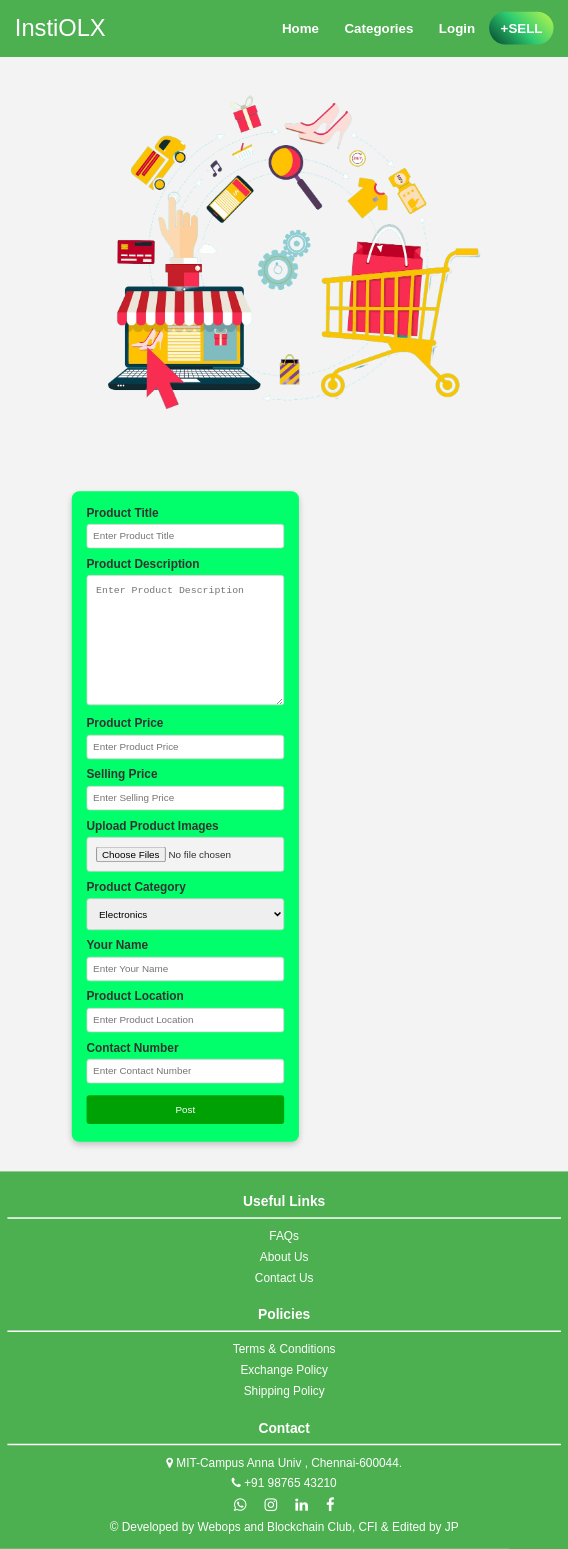
Repository: John-Prabu-A/web-dev-summer-school
Page: Session_1_Assignment/sell.html
The author's editor kept a copy of each file at every save. The page is drawn from the files as they stood at one save, then again after the next save.
The browser window is 768 px wide. The pictures show the whole page, at 74% of full size.

Above is the page before, as saved 2024-06-20 15:56:07.

After the next save:
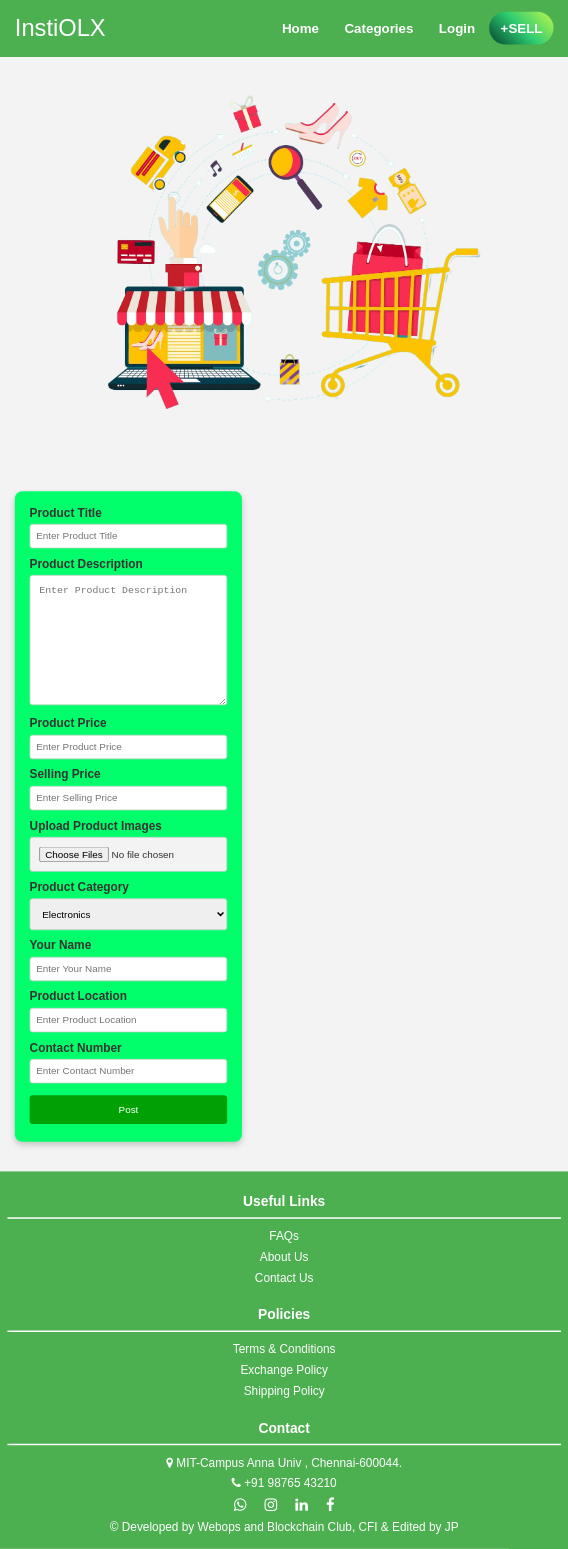
Saved 102 s later.
--- a/Session_1_Assignment/sell.html
+++ b/Session_1_Assignment/sell.html
@@ -29,7 +29,6 @@
         .container {
             display:block;
             padding: 16px;
-            left: 10%;
             margin: 20px;
             background-color: #00ff6a;
             padding: 20px;
@@ -121,6 +120,7 @@
 
     .contaioner {
         width: 100%;
+        position:
     }
 
 
